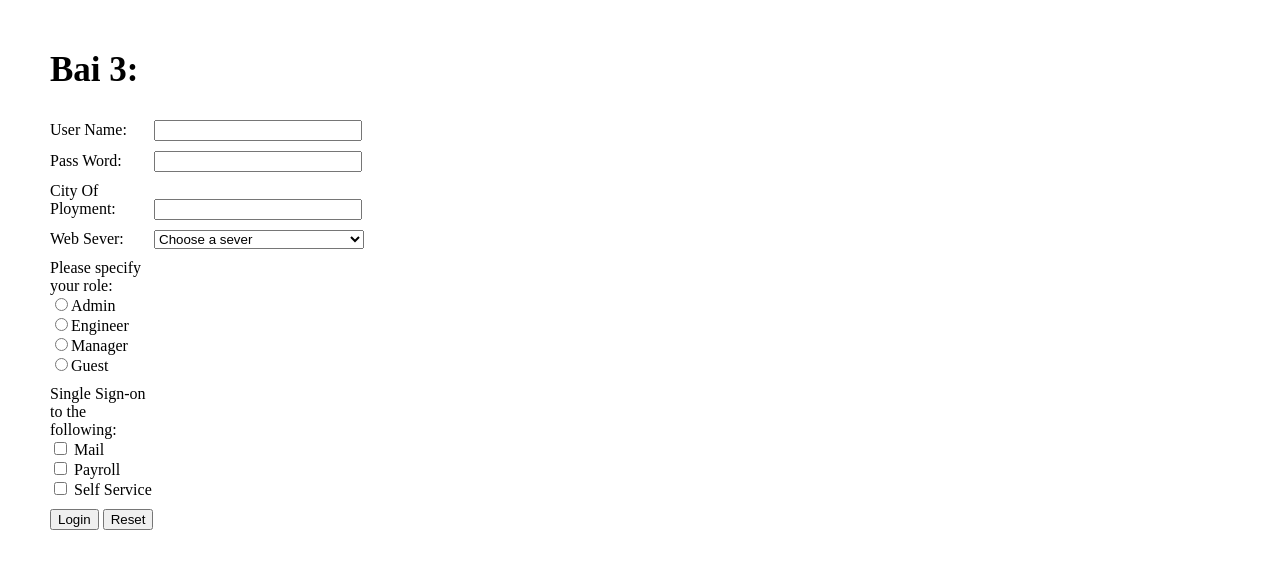
Repository: truongtn04/f8-fullstack-k5
Page: day03/ex03.html
An editor plug-in stored every save of this project. The page is shown before and after the next save, followed by the edit.
The browser window is 1280 px wide. The pictures show the whole page.

Above is the page before, as saved 2023-11-27 12:17:25.

### day03/ex03.html
<!DOCTYPE html>
<html lang="en">
<head>
    <meta charset="UTF-8">
    <meta name="viewport" content="width=device-width, initial-scale=1.0">
    <title>Document</title>
    <link rel="stylesheet" href="css/ex03.css">
</head>
<body>
    <b>Bai 3:</b>
    <form action="">
        <div class="form-item">
            <label for="name">User Name:</label>
            <input type="text" required id="name">
        </div>
        <div class="form-item">
            <label for="password">Pass Word:</label>
            <input type="password" id="password" required>
        </div>
        <div class="form-item">
            <label for="city">City Of Ployment:</label>
            <input type="text" id="city" required>
        </div>
        <div class="form-item">
            <label for="sever">Web Sever:</label>
            <select name="" id="sever">
                <option value="1">Choose a sever</option>
                <option value="2">1</option>
                <option value="3">2</option>
                <option value="4">3</option>
            </select>
        </div>
        <div class="form-item">
            <label>Please specify your role:
            </label>
            <div class="form-item__list">
                <div class="form-item__option">
                    <label><input type="radio">Admin</label>
                </div>
                <div class="form-item__option">
                    <label>
                        <input type="radio">Engineer
                    </label>
                </div>
                <div class="form-item__option">
                    <label>
                        <input type="radio">Manager
                    </label>
                </div>
                <div class="form-item__option">
                    <label>
                        <input type="radio">Guest
                    </label>
                </div>
            </div>
        </div>
        <div class="form-item">
            <label>Single Sign-on to the following:</label>
            <div class="form-item__list">
                <div class="form-item__option">
                    <label>
                        <input type="checkbox">
                        <span>Mail</span>
                    </label>
                </div>
                <div class="form-item__option">
                    <label>
                        <input type="checkbox">
                        <span>Payroll</span>
                    </label>
                </div>
                <div class="form-item__option">
                    <label>
                        <input type="checkbox">
                        <span>Self Service</span>
                    </label>
                </div>
            </div>
        </div>
        <button>Login</button>
        <button type="reset">Reset</button>
    </form>
</body>
</html>

### day03/css/ex03.css
body{
    margin: 50px 50px;
    width: 700px;
}
b{
    font-size: 35px;
    display: inline-block;
    margin-bottom: 30px;
}
.form-item{
    margin-bottom: 10px;
}
.form-item input {
    width: 200px;
}
.form-item label{
    width: 100px;
    display: inline-block;
}
.form-item__list .form-item__option input{
    width: initial;
}
.form-item__list .form-item__option label{
    width: initial;
}
select{
    width: 210px;
}

After the next save:
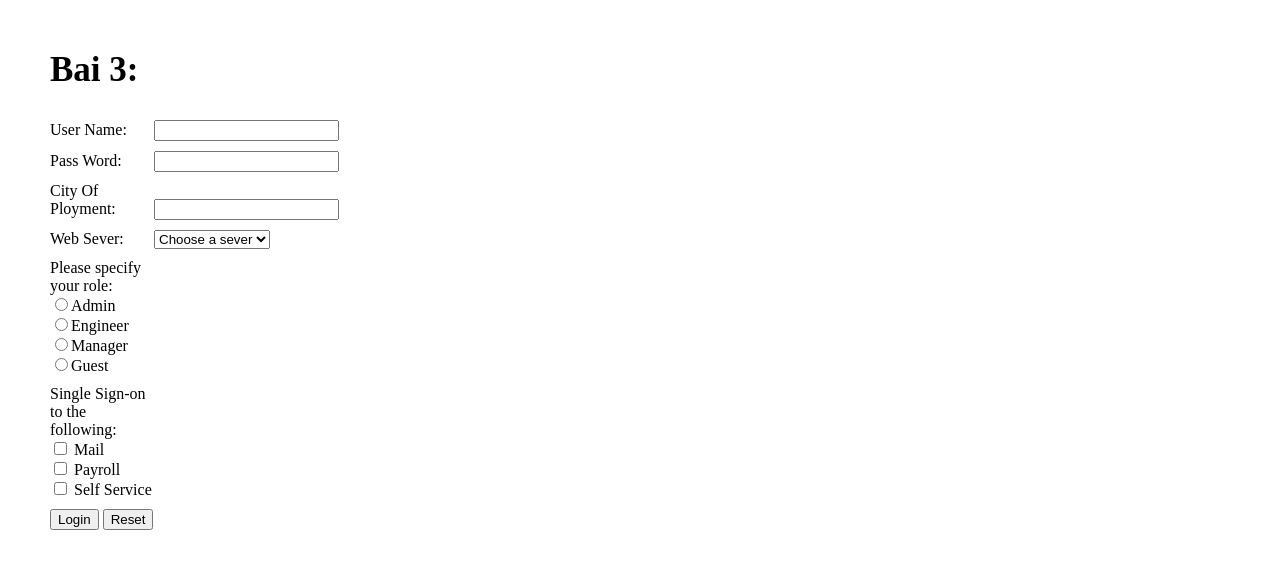
Saved 27 s later.
--- a/day03/css/ex03.css
+++ b/day03/css/ex03.css
@@ -10,7 +10,7 @@
 .form-item{
     margin-bottom: 10px;
 }
-.form-item input {
+.form-item input + select{
     width: 200px;
 }
 .form-item label{
@@ -23,6 +23,6 @@
 .form-item__list .form-item__option label{
     width: initial;
 }
-select{
+/* select{
     width: 210px;
-}
+} */

After the 2 saves that followed:
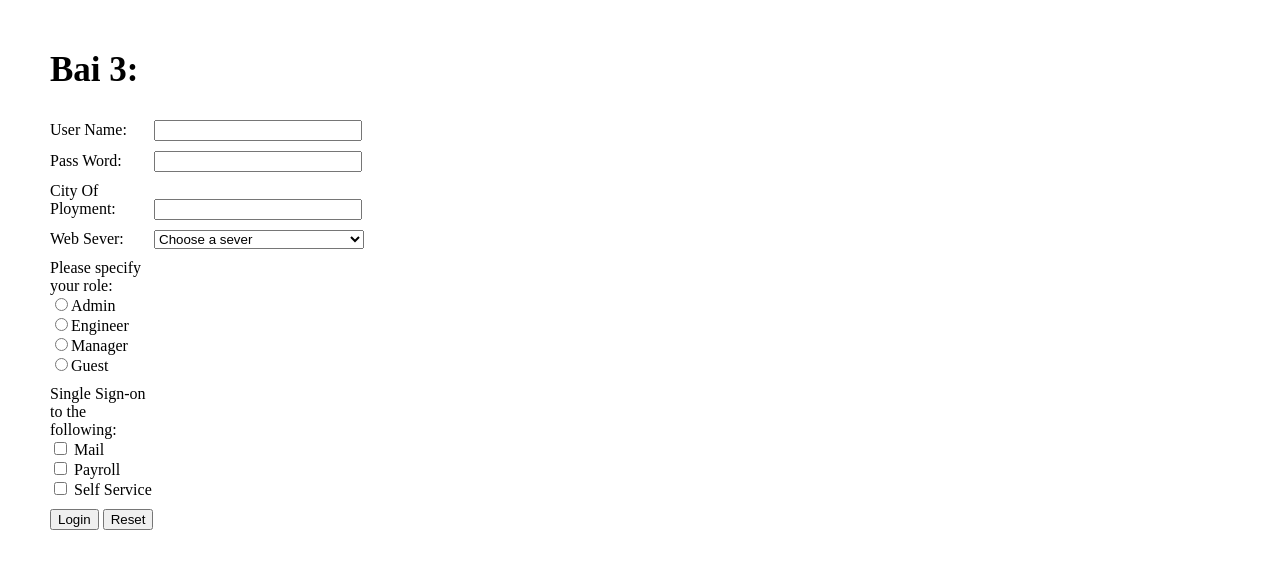
The 2 saves are shown as one change because 1 left the picture as it was.
The last was saved 21 s later.
--- a/day03/css/ex03.css
+++ b/day03/css/ex03.css
@@ -10,7 +10,7 @@
 .form-item{
     margin-bottom: 10px;
 }
-.form-item input + select{
+.form-item input{
     width: 200px;
 }
 .form-item label{
@@ -23,6 +23,6 @@
 .form-item__list .form-item__option label{
     width: initial;
 }
-/* select{
+select{
     width: 210px;
-} */
+}
